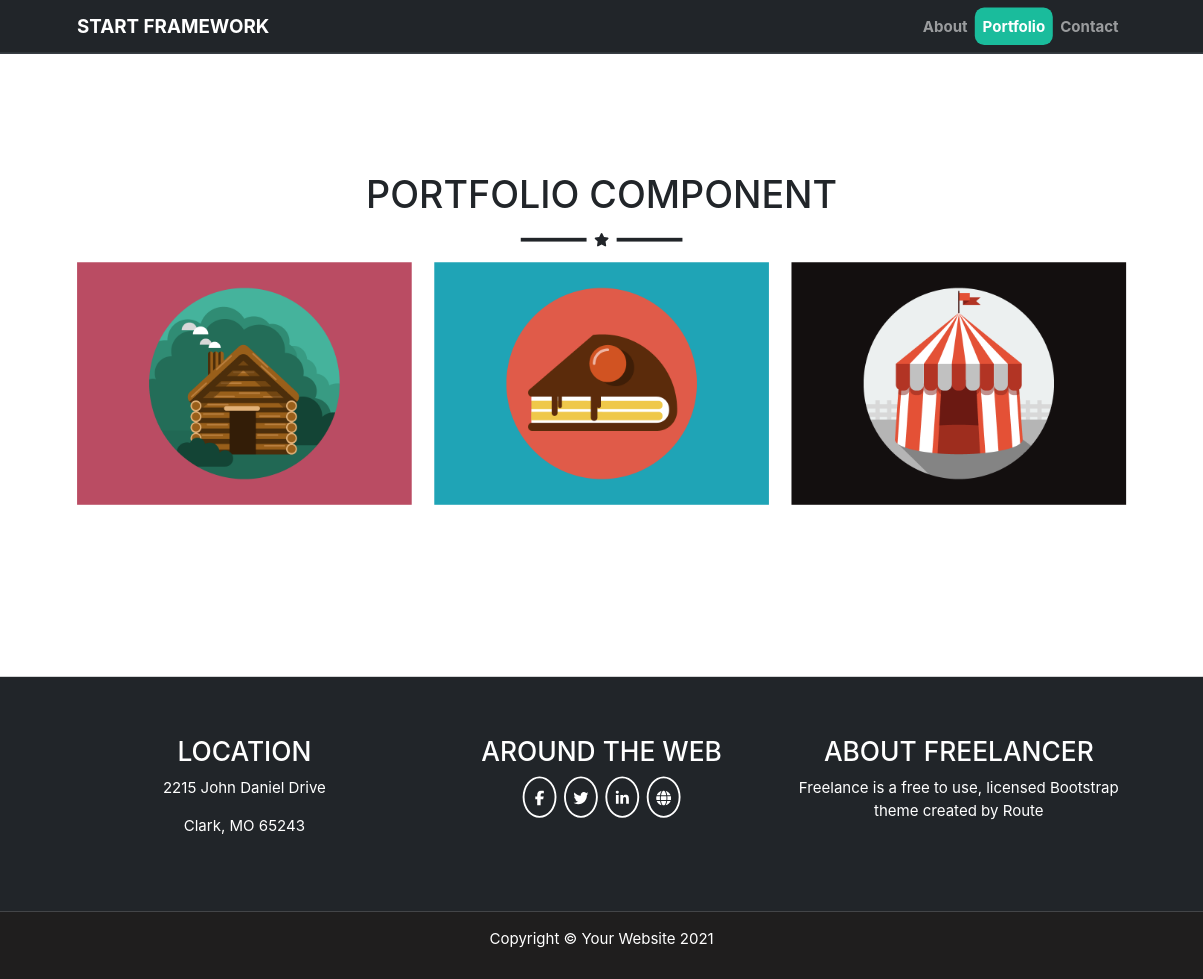
Repository: YomnaWegdan/startFramework
Page: /portfolio
These files come from the project's save history. The page is drawn as it stood at one moment and after a run of saves; the edit follows.
The browser window is 1280 px wide. The pictures show the whole page, at 94% of full size.
The project was rebuilt for these pictures with package versions that can differ from the ones it lists, and the page was loaded fresh each time. Also part of the build but not shown: src/Components/Home.jsx, src/Components/About.jsx, src/Components/Contact.jsx, src/Components/Error.jsx.

Above is the page before, as saved 2024-02-05 13:34:56.

After the next 3 saves:
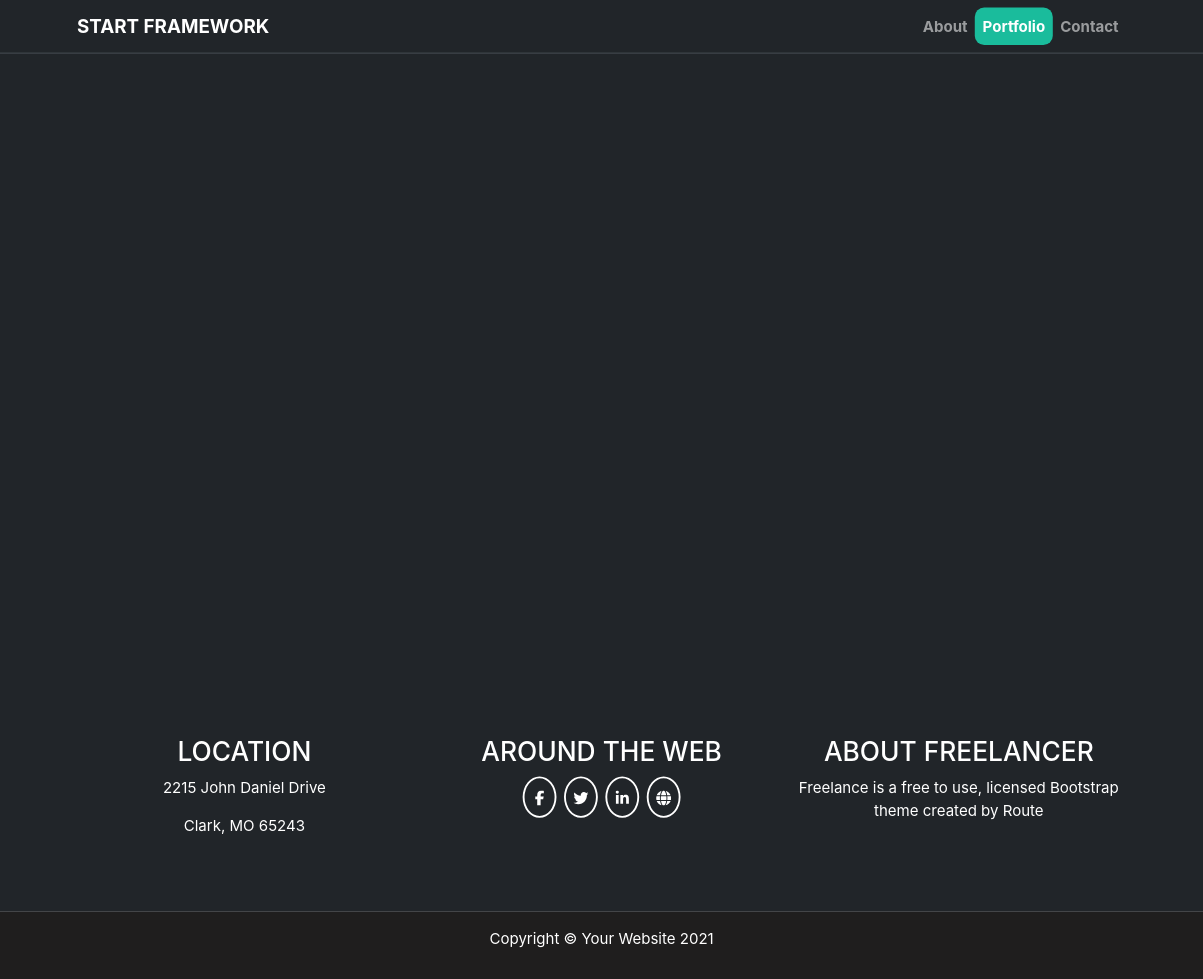
The 3 saves are shown as one change because they came seconds apart.
The last was saved 17 s later.
--- a/src/Components/Portfolio.jsx
+++ b/src/Components/Portfolio.jsx
@@ -24,7 +24,7 @@
 
                 {model===false? image.map((img)=>
                     <div className='col-lg-4 col-md-6'>
-                        <img src={img} className='w-100' alt='lol' onClick={   model === false} />
+                        <img src={img} className='w-100' alt='lol' onClick={setModel()} />
                     </div>
                     ): <div className='position-fixed top-0 left-0 w-100 h-100 overflow-hidden bg-dark'>
                             <div className='d-flex align-items-center justify-content-center'>{img1}</div>

After the 4 saves that followed:
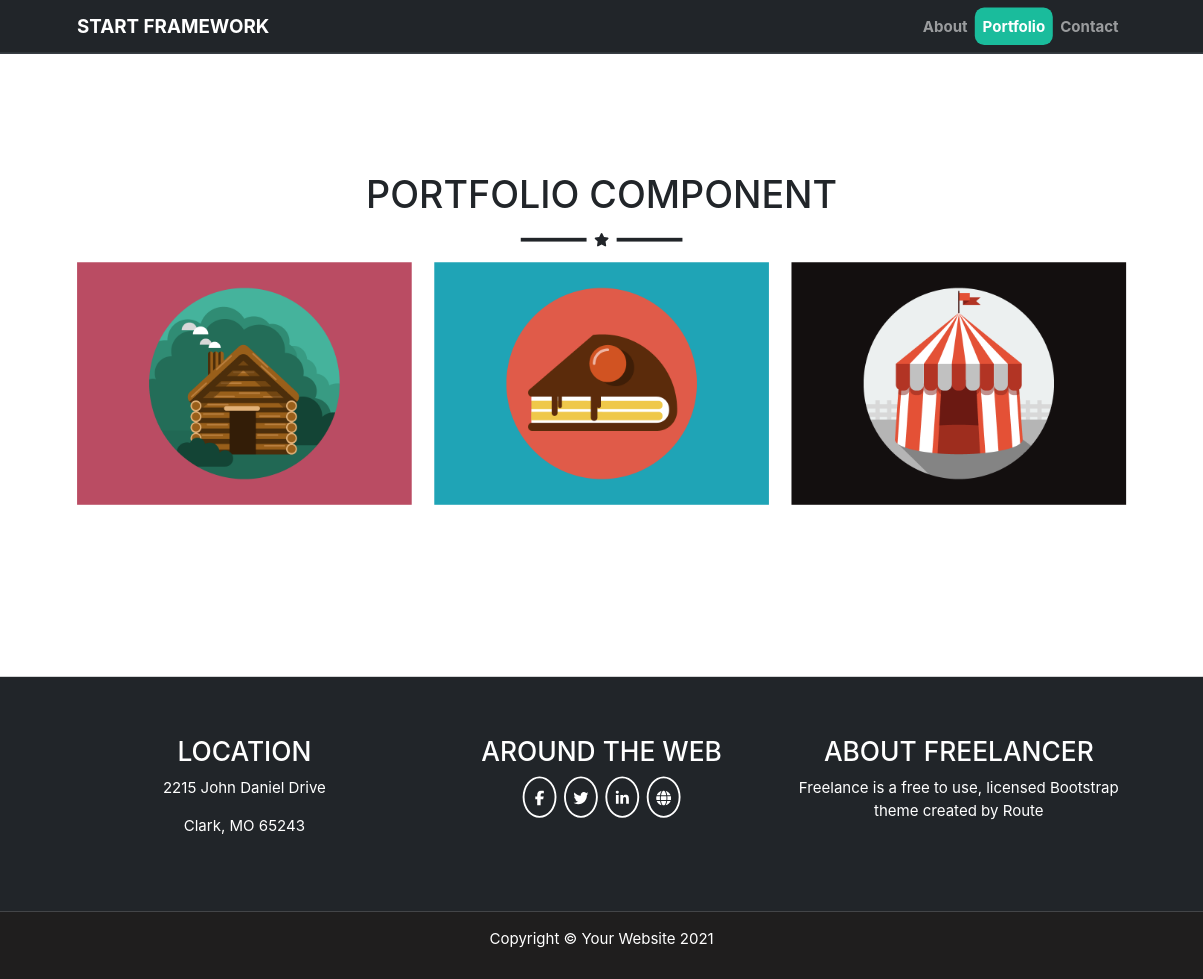
The 4 saves are shown as one change because 1 did not build or start and some came seconds apart.
The last was saved 44 s later.
--- a/src/Components/Portfolio.jsx
+++ b/src/Components/Portfolio.jsx
@@ -24,7 +24,7 @@
 
                 {model===false? image.map((img)=>
                     <div className='col-lg-4 col-md-6'>
-                        <img src={img} className='w-100' alt='lol' onClick={setModel()} />
+                        <img src={img} className='w-100' alt='lol'  />
                     </div>
                     ): <div className='position-fixed top-0 left-0 w-100 h-100 overflow-hidden bg-dark'>
                             <div className='d-flex align-items-center justify-content-center'>{img1}</div>
